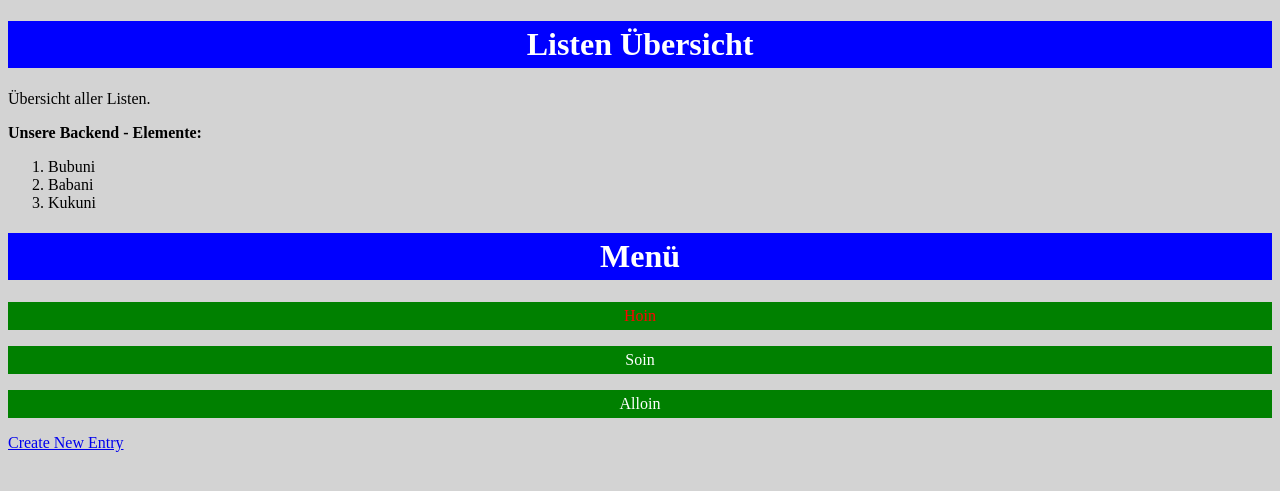
Repository: leloq/project.github.io
Page: start.html
The author's editor kept a record of every edit. The page is drawn from the files as they stood at one moment, then again after the next edit.
The browser window is 1280 px wide. The pictures show the whole page.

Above is the page before.

After the next edit:
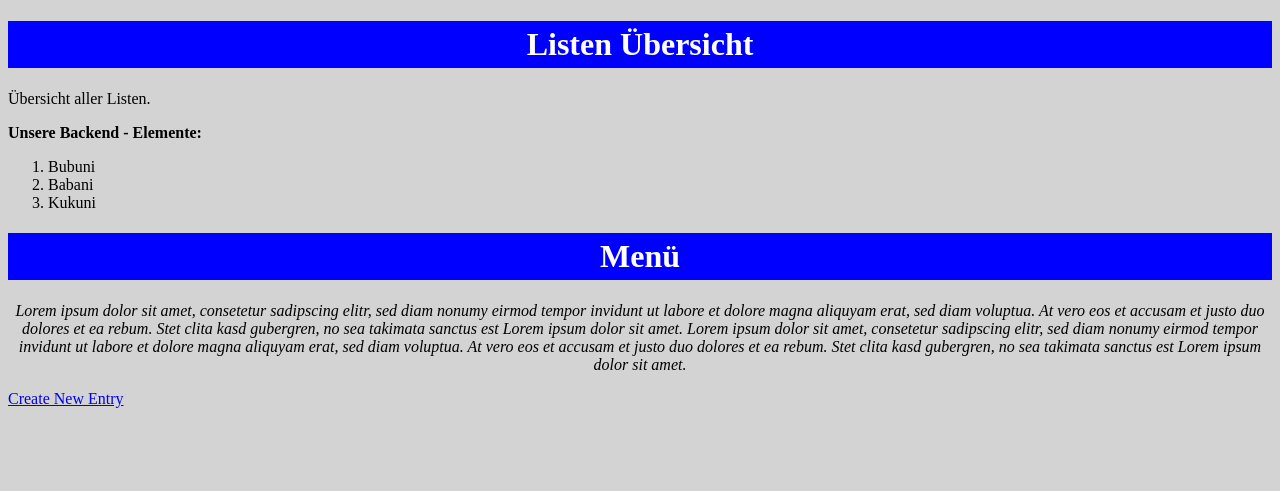
The edit:
--- a/start.html
+++ b/start.html
@@ -25,13 +25,14 @@
 <div class="heading-line">
 <h1>Menü</h1>
 </div>
-<section>
-    <p class="menu-element active">Hoin</p>
-    <p class="menu-element">Soin</p>
-    <p class="menu-element">Alloin</p>
-</section>
 
-<a href="create.html">Create New Entry</a>
+<div  class="content">
+    <p>
+    Lorem ipsum dolor sit amet, consetetur sadipscing elitr, sed diam nonumy eirmod tempor invidunt ut labore et dolore magna aliquyam erat, sed diam voluptua. At vero eos et accusam et justo duo dolores et ea rebum. Stet clita kasd gubergren, no sea takimata sanctus est Lorem ipsum dolor sit amet. Lorem ipsum dolor sit amet, consetetur sadipscing elitr, sed diam nonumy eirmod tempor invidunt ut labore et dolore magna aliquyam erat, sed diam voluptua. At vero eos et accusam et justo duo dolores et ea rebum. Stet clita kasd gubergren, no sea takimata sanctus est Lorem ipsum dolor sit amet.
+    </p>
+</div>
+
+<a href="create.html" style="font-size: 1em;">Create New Entry</a>
 
 <br>
 
